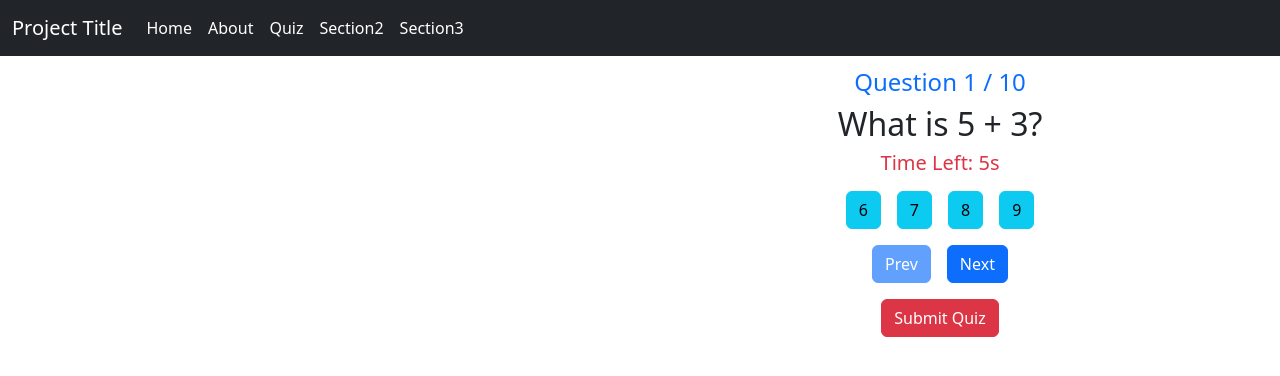
Repository: rahul-chakradhari/devquest
Page: /quiz (app in project/)
The author's editor kept a copy of each file at every save. The page is drawn from the files as they stood at one save, then again after the next save.
The browser window is 1280 px wide. The pictures show the whole page.
The project was rebuilt for these pictures with package versions that can differ from the ones it lists, and the page was loaded fresh each time. Also part of the build but not shown: project/vite.config.js, project/src/components/Home.jsx, project/src/components/About.jsx, project/src/components/Section2.jsx, project/src/components/Section3.jsx, project/src/index.css.

Above is the page before, as saved 2025-02-23 13:52:50.

After the next save:
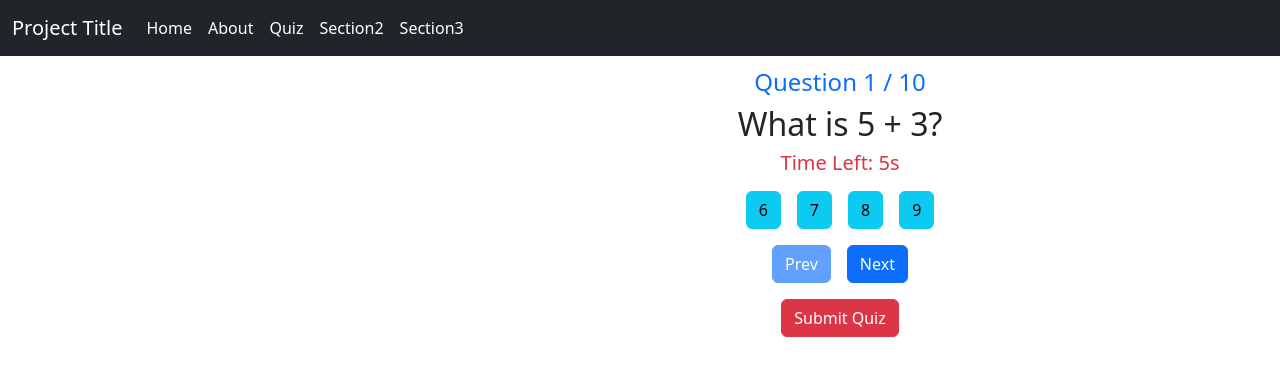
Saved 57 s later.
--- a/project/src/App.css
+++ b/project/src/App.css
@@ -22,7 +22,7 @@
 }
 
 .quiz-container {
-  margin-left: 600px;
+  margin-left: 400px;
   margin-top: 12px;
 }
 .about {
